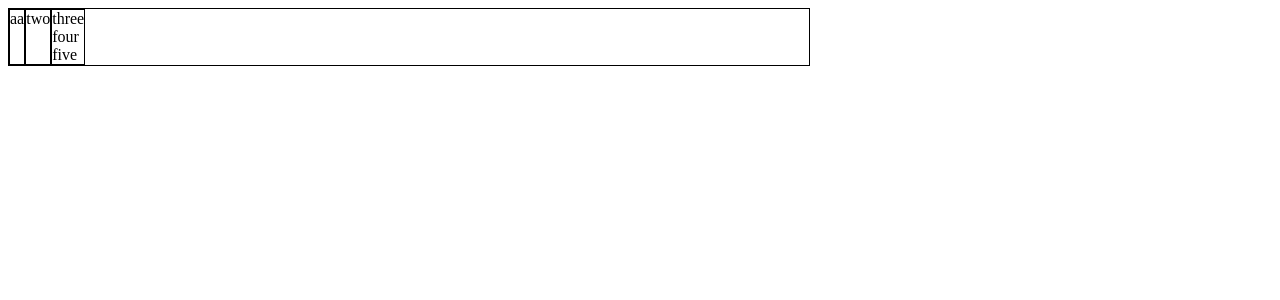
Repository: kpavankumaar/online_uk_class
Page: flex.html
An editor plug-in stored every save of this project. The page is shown before and after the next save, followed by the edit.
The browser window is 1280 px wide. The pictures show the whole page.

Above is the page before, as saved 2022-01-12 14:07:02.

After the next save:
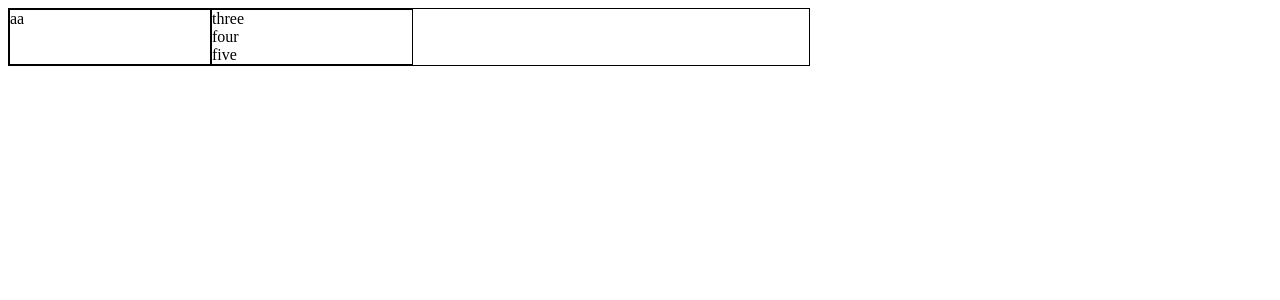
Saved 2 min 29 s later.
--- a/flex.html
+++ b/flex.html
@@ -14,6 +14,7 @@
         }
         div.box{
             border:1px solid black;
+            flex-basis: 200px;
         }
         .box1{
 
@@ -31,7 +32,7 @@
         <div class="box box1">
             aa
         </div>
-        <div class="box box2">two</div>
+        <!-- <div class="box box2">two</div> -->
         <div class="box box3">three <br> four <br>five</div>
     </div>
     <!-- <div class="main">
